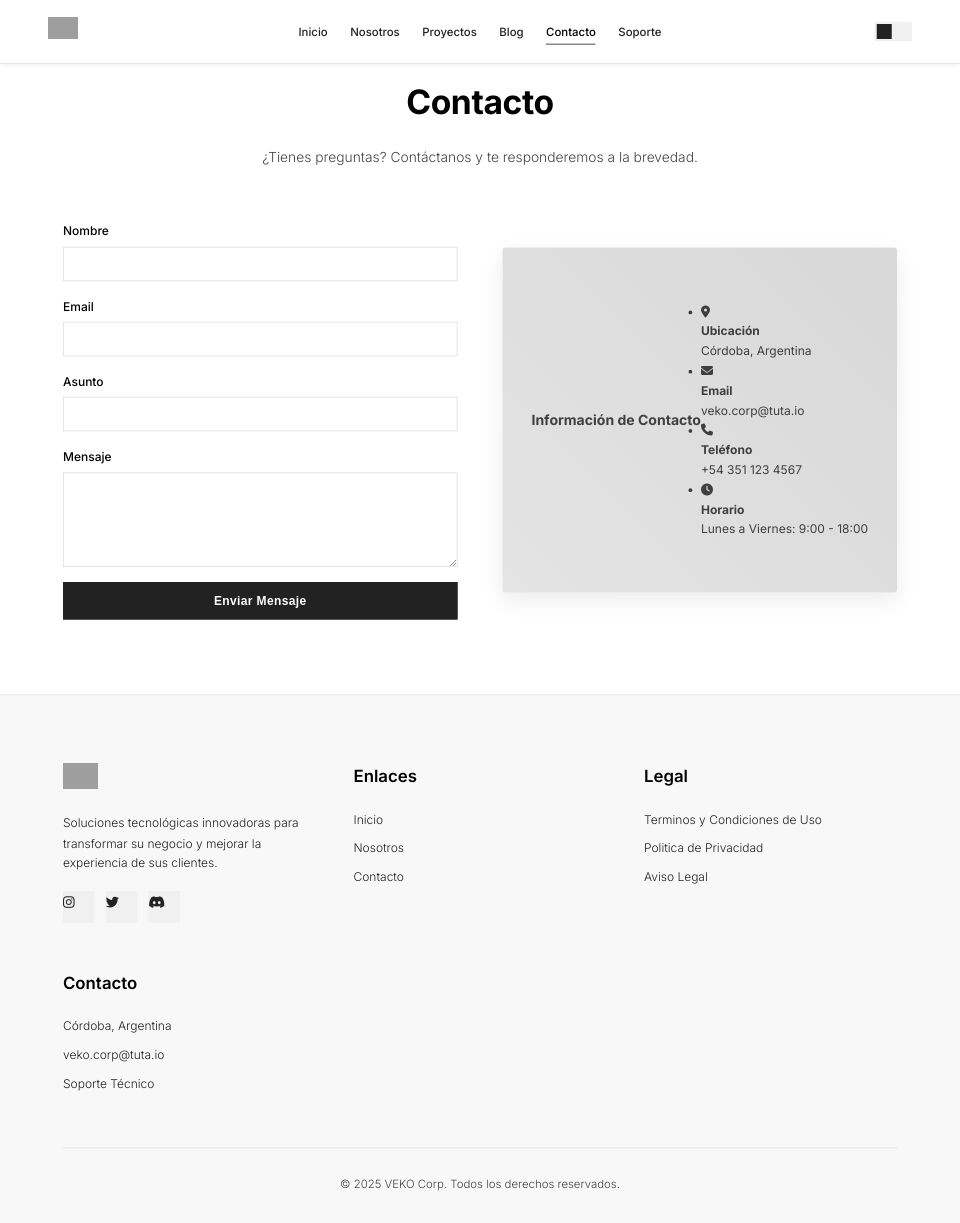
Repository: VEKO-Corp/veko-web
Page: contacto.html
An editor plug-in stored every save of this project. The page is shown before and after the next save, followed by the edit.
The browser window is 1280 px wide. The pictures show the whole page, at 75% of full size.
Pictures or frames that could not be fetched are drawn as grey boxes.

Above is the page before, as saved 2025-08-11 21:44:13.

After the next save:
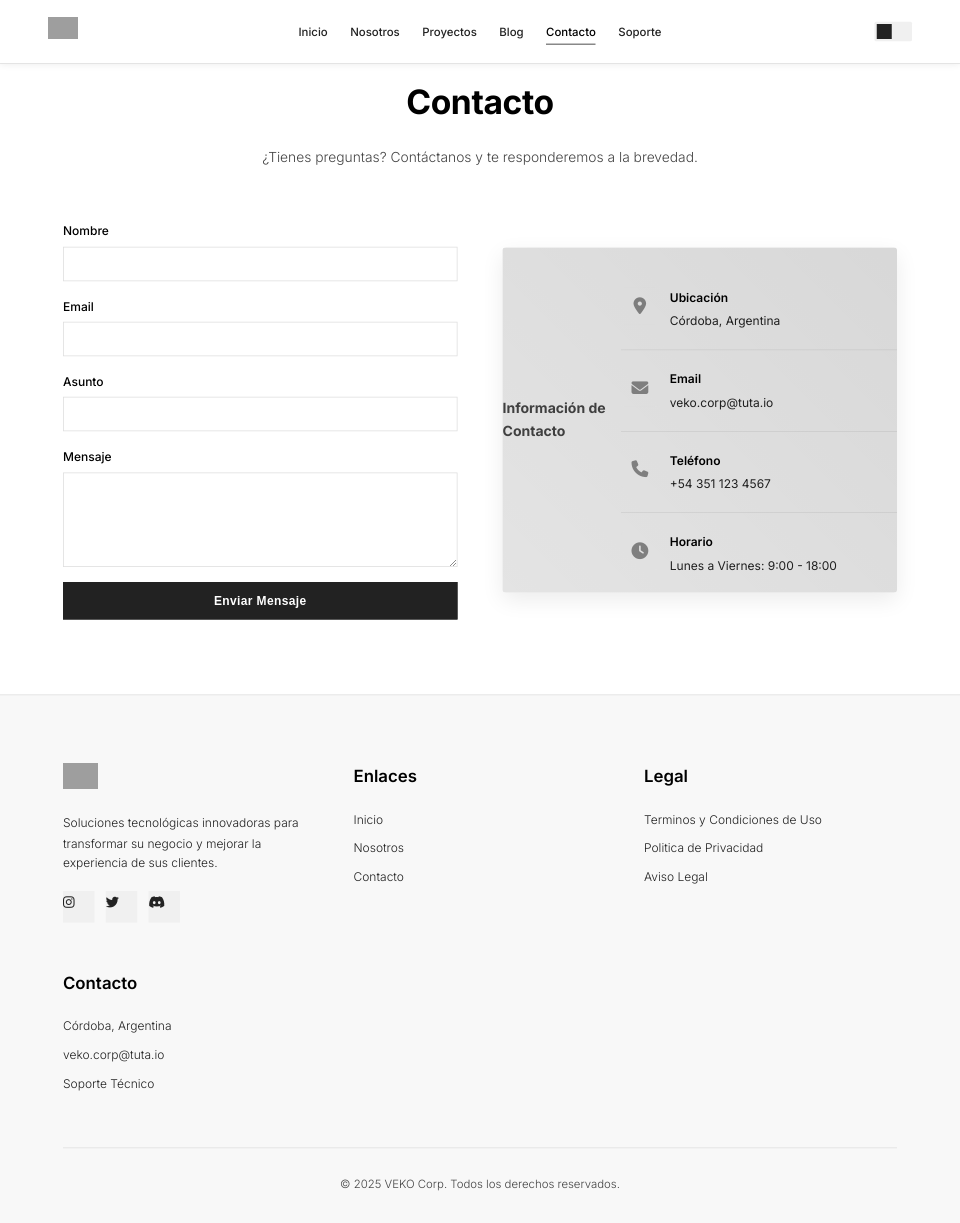
Saved 15 s later.
--- a/css/style.css
+++ b/css/style.css
@@ -755,6 +755,61 @@ footer {
     background: var(--button-text);
 }
 
+/* Estilos para información de contacto */
+.contact-info-list {
+    list-style: none;
+    padding: 0;
+    margin-top: 30px;
+    width: 100%;
+}
+
+.contact-info-list li {
+    display: flex;
+    align-items: flex-start;
+    margin-bottom: 25px;
+    padding-bottom: 25px;
+    border-bottom: 1px solid var(--border);
+}
+
+.contact-info-list li:last-child {
+    margin-bottom: 0;
+    padding-bottom: 0;
+    border-bottom: none;
+}
+
+.contact-icon {
+    width: 50px;
+    height: 50px;
+    background-color: var(--bg-tertiary);
+    display: flex;
+    align-items: center;
+    justify-content: center;
+    border-radius: 4px;
+    margin-right: 15px;
+    flex-shrink: 0;
+}
+
+.contact-icon i {
+    font-size: 1.4rem;
+    color: var(--accent);
+}
+
+.contact-detail {
+    flex-grow: 1;
+}
+
+.contact-detail strong {
+    display: block;
+    font-weight: 600;
+    color: var(--text-primary);
+    margin-bottom: 5px;
+}
+
+.contact-detail p {
+    margin: 0;
+    color: var(--text-secondary);
+}
+
 .form-group {
     display: flex;
     flex-direction: column;
